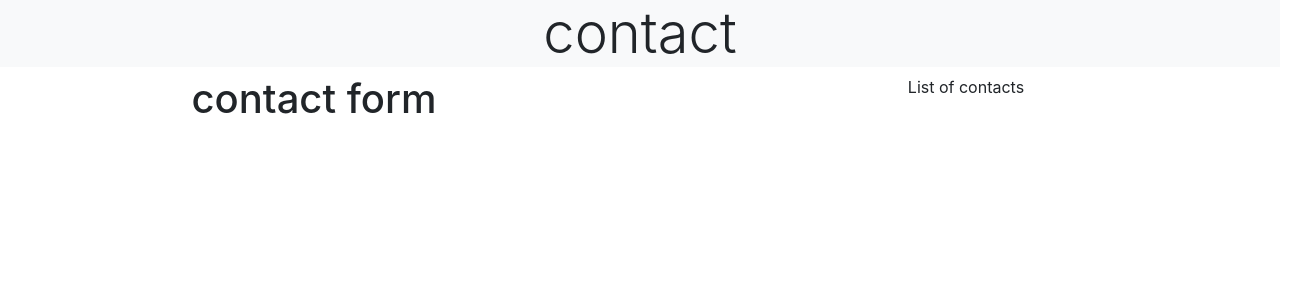
Repository: sahil801/my-react
Page: / (app in finalassignment/)
An editor plug-in stored every save of this project. The page is shown before and after the next save, followed by the edit.
The browser window is 1280 px wide. The page is 1292 px wide, so the pictures cover 1292 px, including what lies to the right of the window. The pictures show the whole page.
The project was rebuilt for these pictures with package versions that can differ from the ones it lists, and the page was loaded fresh each time.

Above is the page before, as saved 2021-10-28 12:16:49.

### finalassignment/src/index.js
import React from 'react';
import 'bootstrap/dist/css/bootstrap.min.css';
import ReactDOM from 'react-dom';
import './index.css';
import App from './App';
import reportWebVitals from './reportWebVitals';

ReactDOM.render(
  <React.StrictMode>
    <App />
  </React.StrictMode>,
  document.getElementById('root')
);
reportWebVitals();

### finalassignment/src/App.js
import './App.css';
import Contacts from './components/contacts';
function App() {
  return (
    <div className="App">
      <Contacts/>
    </div>
  );
}

export default App;

### finalassignment/src/components/contacts.js
import React from 'react'
import Contactform from './contactform';
import 'bootstrap/dist/css/bootstrap.min.css';

export default function Contacts() {
    return (
        <>
        <div className="bg-light p-t-20 p-b-60">
            <div className="container p-250">
                <h1 className="display-4">contact</h1>
            </div>
        </div>
        <div className="row mt-10">
            <div className="col md-5">
                <Contactform/>
            </div>
            <div className="col md-7">
                <div>List of contacts</div>
            </div>
        </div>
        </>
    )
}

### finalassignment/src/components/contactform.js
import React from 'react'

export default function Contactform() {
    return (
        <div>
            <h1>contact form</h1>
        </div>
    )
}

Loaded but not shown: finalassignment/public/index.html (common file); finalassignment/src/index.css (common file); finalassignment/src/reportWebVitals.js (common file); finalassignment/src/App.css (common file)

After the next save:
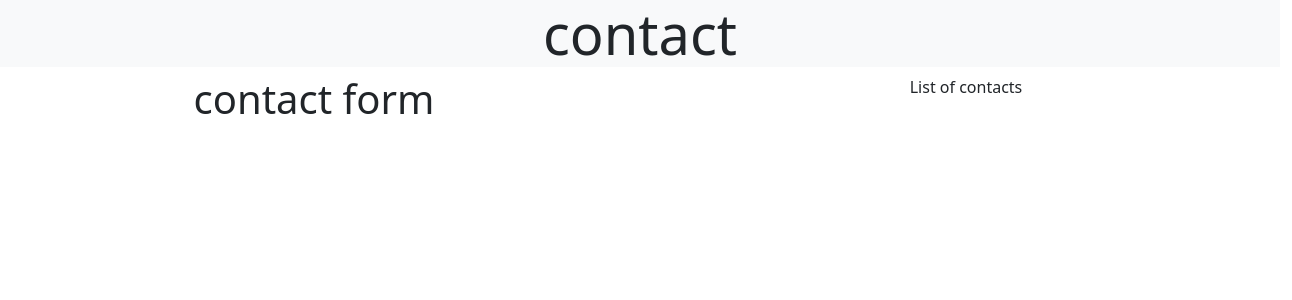
Saved 82 s later.
--- a/finalassignment/src/index.js
+++ b/finalassignment/src/index.js
@@ -1,9 +1,9 @@
 import React from 'react';
-import 'bootstrap/dist/css/bootstrap.min.css';
 import ReactDOM from 'react-dom';
 import './index.css';
 import App from './App';
 import reportWebVitals from './reportWebVitals';
+import 'bootstrap/dist/css/bootstrap.min.css';
 
 ReactDOM.render(
   <React.StrictMode>
